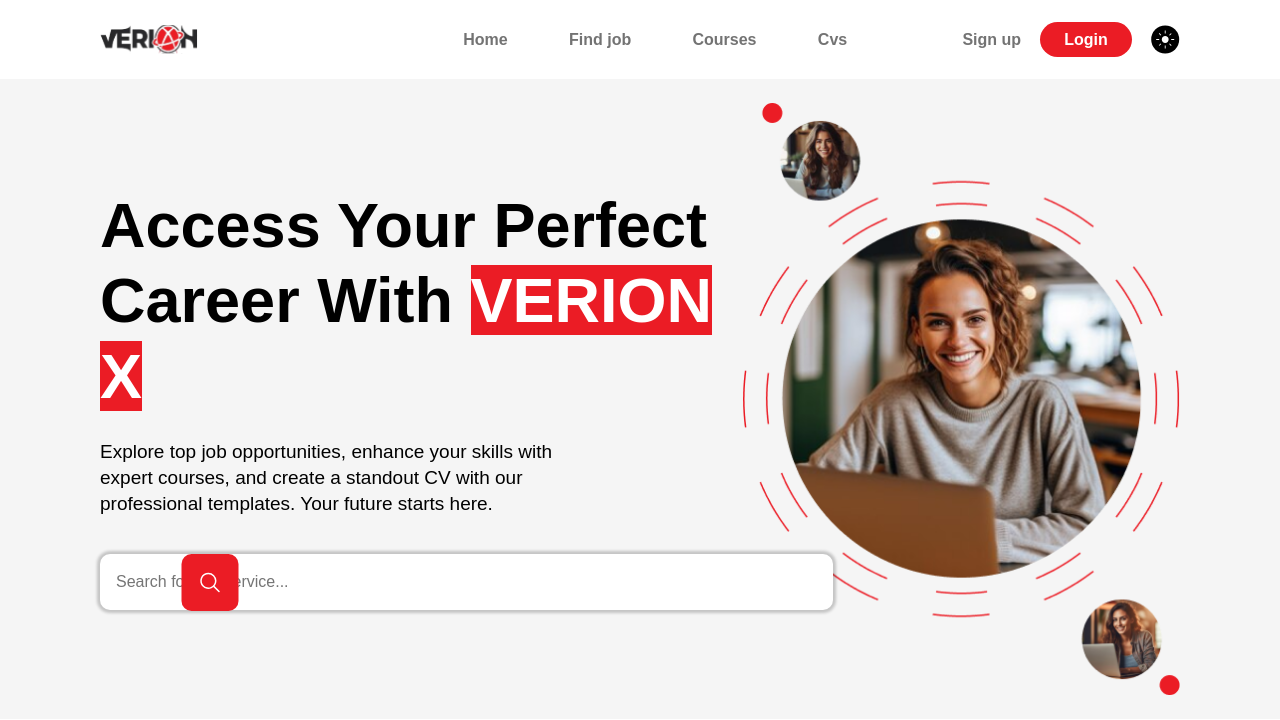
Repository: SahMenz/verionX
Page: /
An editor plug-in stored every save of this project. The page is shown before and after the next save, followed by the edit.
The browser window is 1280 px wide. The pictures show the whole page.
The project was rebuilt for these pictures with package versions that can differ from the ones it lists, and the page was loaded fresh each time. Also part of the build but not shown: vite.config.js.

Above is the page before, as saved 2024-06-14 15:12:15.

After the next save:
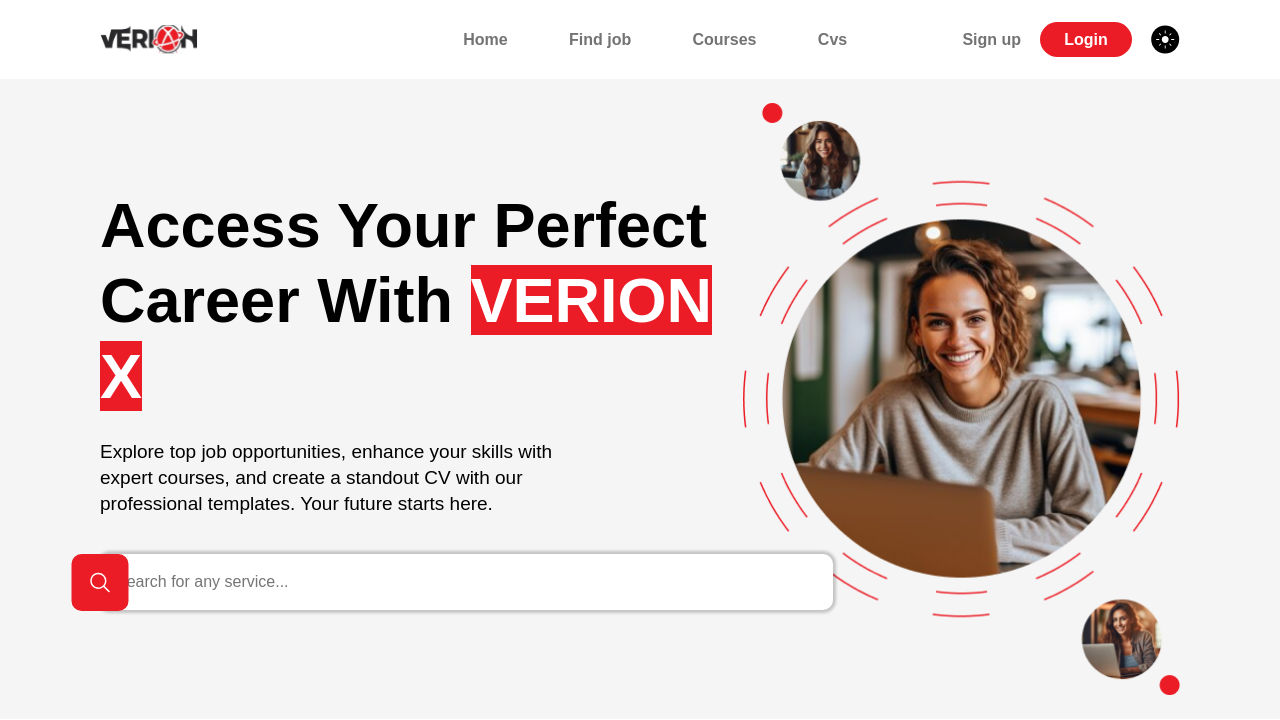
Saved 6 s later.
--- a/src/components/home/hero/hero.jsx
+++ b/src/components/home/hero/hero.jsx
@@ -11,7 +11,7 @@ function Hero() {
             </div>
             <div className="search-container">
                 <input type="text" placeholder="Search for any service..."  style={{position: "absolute",width: "733px", borderRadius:"10px", boxShadow: "0px 0px 3px 3px rgba(0, 0, 0, 0.2)"}} className='p-3'/>
-                <button className="bg-eb p-3" style={{borderRadius:"10px", border:"none", position: "relative", left: "110px", transform: "translateX(-50%)",}}><CustomSvg name="search" style={{borderRadius:"10px"}}/></button>
+                <button className="bg-eb p-3" style={{borderRadius:"10px", border:"none", position: "relative", left: "0px", transform: "translateX(-50%)",}}><CustomSvg name="search" style={{borderRadius:"10px"}}/></button>
             </div>
             <div></div>
         </div>
